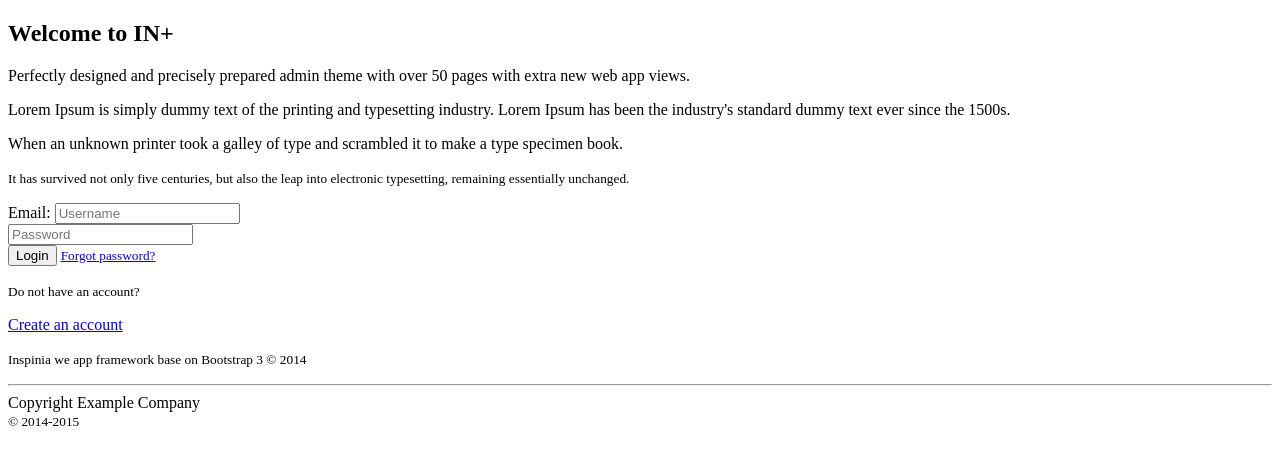
Repository: ndmq03102002/crud_laravel
Page: http://localhost/admin/login
These files come from the project's save history. The page is drawn as it stood at one moment and after a run of saves; the edit follows.
The browser window is 1280 px wide. The pictures show the whole page.
The page is served by the project's Laravel application, run on PHP 8.4 with Laravel 10. Other server files are loaded and not shown.

Above is the page before, as saved 2024-07-11 11:42:20.

### routes/web.php
<?php

use App\Http\Controllers\HomeController;
use App\Http\Controllers\AdminController;
use Illuminate\Support\Facades\Route;

/*
|--------------------------------------------------------------------------
| Web Routes
|--------------------------------------------------------------------------
|
| Here is where you can register web routes for your application. These
| routes are loaded by the RouteServiceProvider and all of them will
| be assigned to the "web" middleware group. Make something great!
|
*/

Route::group(['prefix' => ''], function () {
    Route::get('/', [HomeController::class, 'index'])->name('home.index');
});

Route::get('/admin/login', [AdminController::class, 'login'])->name('admin.login');
Route::post('/admin/login', [AdminController::class, 'Checklogin']);
Route::get('/admin/register', [AdminController::class, 'register'])->name('admin.register');
Route::post('/admin/register', [AdminController::class, 'Checkregister']);


Route::group(['prefix' => 'admin', 'middleware'=>'auth'], function () {
    Route::get('/', [AdminController::class, 'index'])->name('admin.index');
});

### app/Http/Controllers/AdminController.php
<?php

namespace App\Http\Controllers;

use Illuminate\Http\Request;
use App\Models\User;
class AdminController extends Controller
{
    public function index()
    {
        return view('admin.index');
    }

    public function login()
    {
        return view('admin.login');
    }

    public function Checklogin()
    {
        request()->validate([
            'email' => 'required|email|exists:users',
            'password' => 'required|min:6',

        ]);
        $data = request()->all('email', 'password');
        dd($data);
    }

    public function register()
    {
        return view('admin.register');
    }

    public function Checkregister()
    {
        request()->validate([
            'email' => 'required|email|unique:users',
            'name' => 'required',
            'password' => 'required|min:6',
            'confirmpassword' => 'required|same:password'
        ]);
        $data = request()->all('email','name');
        $data['password'] = bcrypt(request('password'));

        User::create($data);
        return redirect()->route('admin.login');
    }
}

### resources/views/admin/login.blade.php
<!DOCTYPE html>
<html>

<head>

    <meta charset="utf-8">
    <meta name="viewport" content="width=device-width, initial-scale=1.0">

    <title>INSPINIA | Login 2</title>

    <link href="backend/css/bootstrap.min.css" rel="stylesheet">
    <link href="backend/font-awesome/css/font-awesome.css" rel="stylesheet">
    <link href="backend/css/animate.css" rel="stylesheet">
    <link href="backend/css/style.css" rel="stylesheet">

</head>

<body class="gray-bg">

    <div class="loginColumns animated fadeInDown">
        <div class="row">

            <div class="col-md-6">
                <h2 class="font-bold">Welcome to IN+</h2>

                <p>
                    Perfectly designed and precisely prepared admin theme with over 50 pages with extra new web app views.
                </p>

                <p>
                    Lorem Ipsum is simply dummy text of the printing and typesetting industry. Lorem Ipsum has been the industry's standard dummy text ever since the 1500s.
                </p>

                <p>
                    When an unknown printer took a galley of type and scrambled it to make a type specimen book.
                </p>

                <p>
                    <small>It has survived not only five centuries, but also the leap into electronic typesetting, remaining essentially unchanged.</small>
                </p>

            </div>
            <div class="col-md-6">
                <div class="ibox-content">

                    <form class="m-t" role="form" action="" method = "post">
                        @csrf
                        <div class="form-group">
                            Email:
                            <input type="email" class="form-control" name = "email" placeholder="Username" required="">
                        </div>
                        <div class="form-group">
                            <input type="password" class="form-control" name="password" placeholder="Password" required="">
                        </div>
                        <button type="submit" class="btn btn-primary block full-width m-b">Login</button>

                        <a href="#">
                            <small>Forgot password?</small>
                        </a>

                        <p class="text-muted text-center">
                            <small>Do not have an account?</small>
                        </p>
                        <a class="btn btn-sm btn-white btn-block" href="{{route('admin.register')}}">Create an account</a>
                    </form>
                    <p class="m-t">
                        <small>Inspinia we app framework base on Bootstrap 3 &copy; 2014</small>
                    </p>
                </div>
            </div>
        </div>
        <hr/>
        <div class="row">
            <div class="col-md-6">
                Copyright Example Company
            </div>
            <div class="col-md-6 text-right">
               <small>© 2014-2015</small>
            </div>
        </div>
    </div>

</body>

</html>

Loaded but not shown: app/Http/Controllers/Controller.php (common file)

After the next 5 saves:
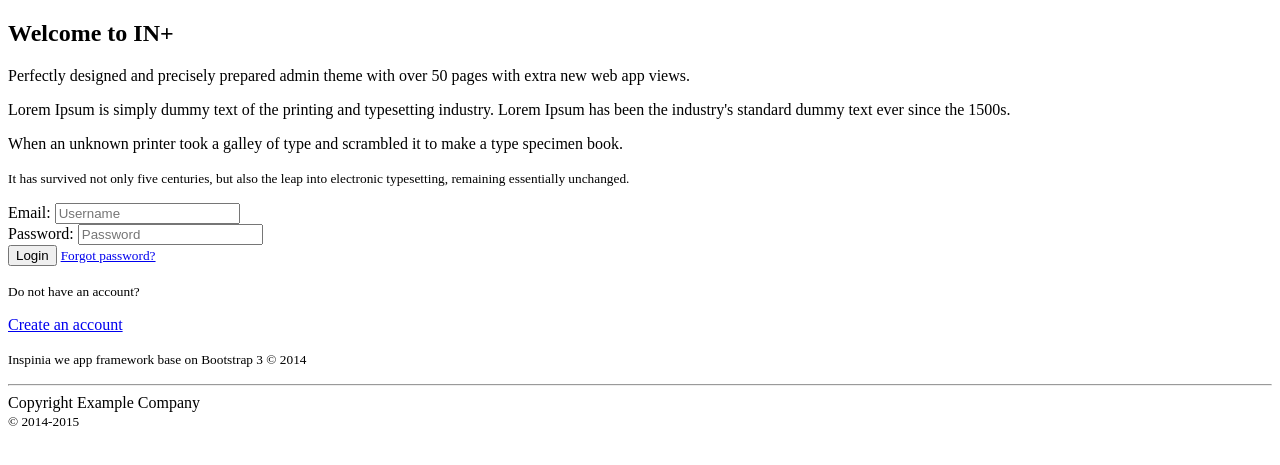
The 5 saves are shown as one change because they came seconds apart.
The last was saved 12 s later.
--- a/resources/views/admin/login.blade.php
+++ b/resources/views/admin/login.blade.php
@@ -48,8 +48,12 @@
                         <div class="form-group">
                             Email:
                             <input type="email" class="form-control" name = "email" placeholder="Username" required="">
+                            @error('email')
+                                <small class="text-danger">{{ $message }}</small>
+                            @enderror
                         </div>
                         <div class="form-group">
+                            Password:
                             <input type="password" class="form-control" name="password" placeholder="Password" required="">
                         </div>
                         <button type="submit" class="btn btn-primary block full-width m-b">Login</button>
